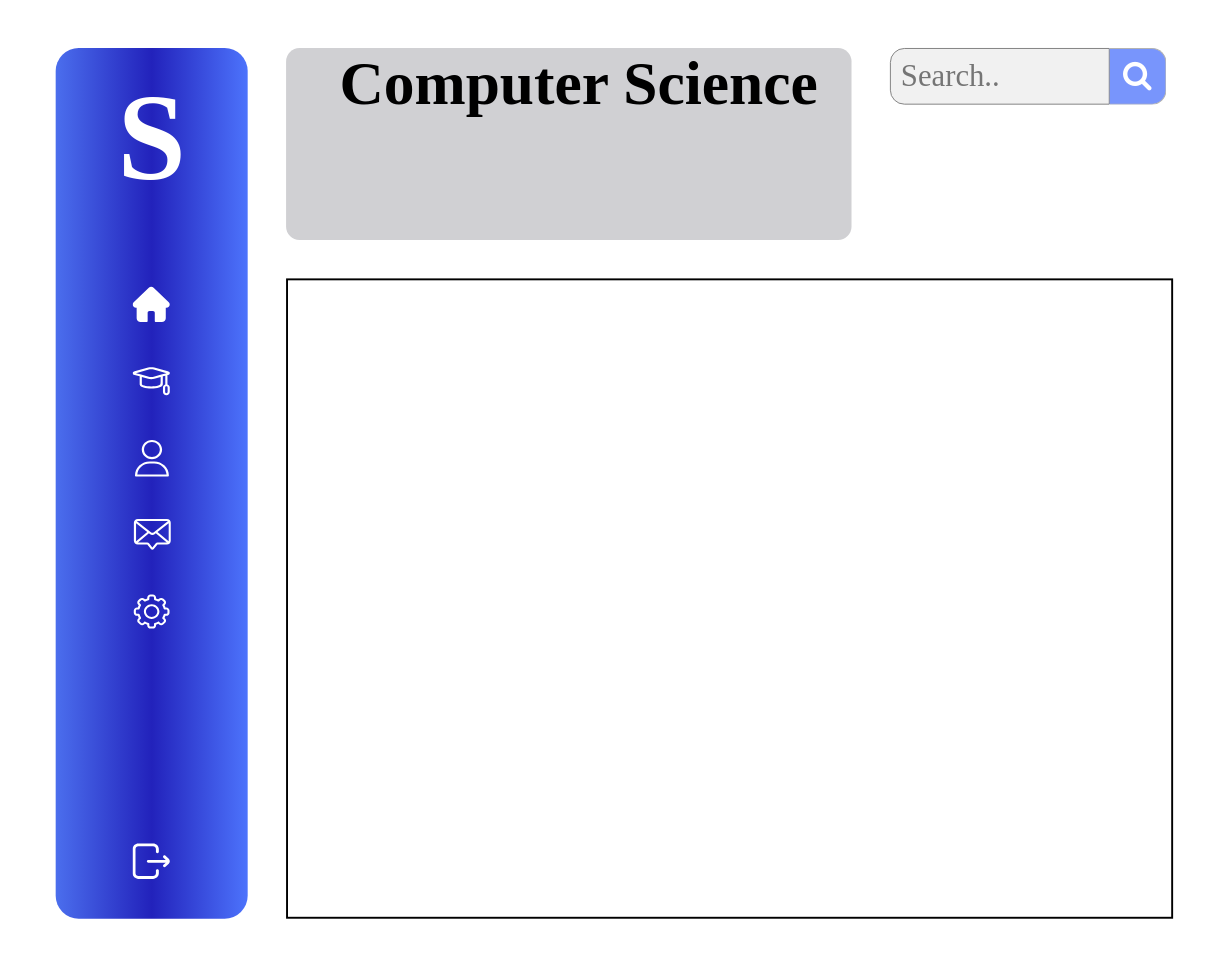
Repository: rafalzacher1/smartify-interface
Page: topics.html
An editor plug-in stored every save of this project. The page is shown before and after the next save, followed by the edit.
The browser window is 1280 px wide. The pictures show the whole page, at 96% of full size.
Some web fonts or font styles are not loaded; a fallback is used.

Above is the page before, as saved 2022-06-30 17:29:43.

### topics.html
<!DOCTYPE html>
<html lang="en">

<head>
    <link rel="stylesheet" href="./styles/home.css">
    <link rel="stylesheet" href="./styles/navigation.css">
    <link rel="stylesheet" href="./styles/search.css">
    <link rel="stylesheet" href="./styles/topics.css">
    <link rel="stylesheet" href="./styles/topic-header.css">
    <link rel="stylesheet" href="https://cdnjs.cloudflare.com/ajax/libs/font-awesome/4.7.0/css/font-awesome.min.css">
    <link href='https://fonts.googleapis.com/css?family=Baloo Bhai' rel='stylesheet'>
</head>

<body>
    <div id="main-container">
        <div id="navigation-container">
            <h1>S</h1>

            <nav id="navigation-options">
                <svg width="27" height="25" viewBox="0 0 27 25" fill="none" xmlns="http://www.w3.org/2000/svg">
                    <path
                        d="M25.5018 10.9867C25.5012 10.9862 25.5006 10.9856 25.5 10.985L14.8668 0.890976C14.4135 0.460518 13.8109 0.223389 13.17 0.223389C12.529 0.223389 11.9264 0.460329 11.473 0.890787L0.845318 10.9797C0.841738 10.9831 0.838158 10.9867 0.834579 10.9901C-0.0961545 11.8788 -0.0945635 13.3206 0.839153 14.207C1.26574 14.6122 1.82915 14.8469 2.43154 14.8714C2.456 14.8737 2.48066 14.8748 2.50552 14.8748H2.92932V22.3034C2.92932 23.7734 4.1892 24.9694 5.73803 24.9694H9.89809C10.3197 24.9694 10.6618 24.6449 10.6618 24.2444V18.4204C10.6618 17.7496 11.2365 17.204 11.9431 17.204H14.3968C15.1034 17.204 15.6782 17.7496 15.6782 18.4204V24.2444C15.6782 24.6449 16.02 24.9694 16.4419 24.9694H20.6019C22.1508 24.9694 23.4106 23.7734 23.4106 22.3034V14.8748H23.8036C24.4444 14.8748 25.047 14.6379 25.5006 14.2074C26.4353 13.3195 26.4357 11.8752 25.5018 10.9867V10.9867Z"
                        fill="white" />
                </svg>

                <svg width="29" height="22" viewBox="0 0 29 22" fill="none" xmlns="http://www.w3.org/2000/svg">
                    <path
                        d="M26.4228 13.5237V6.40629L26.734 6.31764C27.9305 5.97676 28.1816 5.39965 28.1816 4.97552C28.1816 4.55139 27.9304 3.97428 26.734 3.63356L16.4958 0.717713C15.8653 0.538127 15.0388 0.43924 14.1689 0.43924C13.299 0.43924 12.4726 0.538127 11.8419 0.717713L1.60382 3.63356C0.407257 3.97428 0.156067 4.55139 0.156067 4.97557C0.156067 5.3997 0.407202 5.97686 1.60376 6.31769L5.43281 7.4082V13.2841C5.43281 14.0138 5.93239 15.0416 8.31243 15.7947C9.88887 16.2936 11.9687 16.5683 14.1688 16.5683C16.3689 16.5683 18.4487 16.2936 20.0252 15.7947C22.4053 15.0415 22.9049 14.0138 22.9049 13.2841V7.40825L24.7806 6.87402V13.5237C23.7595 13.8501 23.0217 14.767 23.0217 15.8451V19.1846C23.0217 20.5351 24.179 21.6338 25.6017 21.6338C27.0242 21.6338 28.1816 20.5351 28.1816 19.1846V15.8451C28.1817 14.767 27.4439 13.8501 26.4228 13.5237ZM12.3137 2.21089C12.7886 2.07563 13.4647 1.9981 14.1689 1.9981C14.873 1.9981 15.5492 2.07563 16.024 2.21084L25.7315 4.97557L21.8438 6.08282C21.8416 6.08349 21.8394 6.08406 21.8372 6.08474L16.024 7.74036C15.5493 7.87556 14.8731 7.95309 14.169 7.95309C13.4649 7.95309 12.7886 7.87556 12.3138 7.74036L6.50073 6.08474C6.49849 6.08406 6.4963 6.08349 6.49405 6.08282L2.60639 4.97557L12.3137 2.21089ZM21.2629 11.2372C21.2629 13.3846 20.9647 13.8541 19.506 14.3157C18.0926 14.763 16.1971 15.0093 14.1689 15.0093C12.1406 15.0093 10.2452 14.763 8.83178 14.3157C7.37313 13.8541 7.07493 13.3845 7.07493 13.2841V7.87582L11.842 9.23348C12.4726 9.41307 13.299 9.51196 14.1689 9.51196C15.0388 9.51196 15.8652 9.41307 16.4959 9.23348L21.2629 7.87582V11.2372ZM26.5395 19.1845C26.5395 19.6754 26.1188 20.0748 25.6017 20.0748C25.0846 20.0748 24.6639 19.6755 24.6639 19.1845V15.845C24.6639 15.3541 25.0846 14.9546 25.6017 14.9546C26.1189 14.9546 26.5395 15.3541 26.5395 15.845V19.1845Z"
                        fill="white" />
                </svg>

                <svg width="24" height="26" viewBox="0 0 24 26" fill="none" xmlns="http://www.w3.org/2000/svg">
                    <path
                        d="M12.1698 0.827911C8.37379 0.827911 5.28546 3.75975 5.28546 7.36343C5.28546 10.9671 8.37379 13.899 12.1698 13.899C15.9659 13.899 19.0542 10.9671 19.0542 7.36343C19.0542 3.75975 15.9659 0.827911 12.1698 0.827911ZM12.1698 12.4466C9.21735 12.4466 6.81532 10.1663 6.81532 7.36343C6.81532 4.56057 9.21735 2.28025 12.1698 2.28025C15.1223 2.28025 17.5243 4.56057 17.5243 7.36343C17.5243 10.1663 15.1223 12.4466 12.1698 12.4466Z"
                        fill="white" />
                    <path
                        d="M20.7353 18.1686C18.8505 16.3518 16.3519 15.3513 13.6997 15.3513H10.64C7.98784 15.3513 5.48917 16.3518 3.60439 18.1686C1.72883 19.9765 0.695923 22.3628 0.695923 24.8883C0.695923 25.2894 1.03841 25.6145 1.46085 25.6145H22.8789C23.3013 25.6145 23.6438 25.2894 23.6438 24.8883C23.6438 22.3628 22.6109 19.9765 20.7353 18.1686ZM2.25944 24.1621C2.64267 20.043 6.25497 16.8036 10.64 16.8036H13.6997C18.0848 16.8036 21.6971 20.043 22.0803 24.1621H2.25944Z"
                        fill="white" />
                </svg>


                <svg width="27" height="23" viewBox="0 0 27 23" fill="none" xmlns="http://www.w3.org/2000/svg">
                    <path
                        d="M24.1913 0.381134H3.77551C2.23533 0.381134 0.9823 1.57067 0.9823 3.0328V15.7608C0.9823 17.223 2.23533 18.4125 3.77551 18.4125H10.353C10.4332 18.4125 10.5096 18.4491 10.5573 18.5105L12.957 21.5991C13.1975 21.9087 13.5678 22.0872 13.9729 22.089H13.979C14.3819 22.089 14.7514 21.9139 14.9937 21.608L17.4479 18.5087C17.4956 18.4484 17.5715 18.4124 17.6509 18.4124H24.1913C25.7315 18.4124 26.9845 17.2229 26.9845 15.7608V3.03276C26.9845 1.57063 25.7315 0.381134 24.1913 0.381134ZM25.4609 15.7608C25.4609 15.8747 25.4439 15.9848 25.4127 16.0892L17.5863 9.57636L25.4609 3.37251V15.7608ZM24.1913 1.8275C24.4235 1.8275 24.6413 1.88728 24.8287 1.99108L14.7964 9.8948C14.3265 10.265 13.6446 10.265 13.1747 9.8948L3.14064 1.98969C3.32753 1.88675 3.54433 1.8275 3.77551 1.8275H24.1913ZM2.55416 16.0892C2.52293 15.9848 2.50587 15.8747 2.50587 15.7608V3.36913L10.3826 9.57457L2.55416 16.0892ZM16.2301 17.6396L13.9808 20.4801L11.7834 17.6519C11.4498 17.2225 10.915 16.9661 10.3529 16.9661H3.81172L11.5698 10.5099L12.2017 11.0078C12.7186 11.415 13.3519 11.6185 13.9855 11.6185C14.6189 11.6185 15.2525 11.4148 15.7693 11.0078L16.399 10.5117L24.155 16.9661H17.6509C17.0952 16.9661 16.5641 17.2178 16.2301 17.6396Z"
                        fill="white" />
                </svg>

                <svg width="28" height="25" viewBox="0 0 28 25" fill="none" xmlns="http://www.w3.org/2000/svg">
                    <path
                        d="M14.8013 24.9227H13.1654C11.8422 24.9227 10.7657 23.9008 10.7657 22.6447V22.1193C10.2032 21.9486 9.65665 21.7333 9.13159 21.4753L8.73937 21.8477C7.7894 22.7506 6.2677 22.7241 5.34533 21.8473L4.18907 20.7497C3.26507 19.8735 3.23849 18.4294 4.18937 17.5277L4.58129 17.1556C4.30958 16.6571 4.08276 16.1384 3.90299 15.6043H3.34958C2.02648 15.6043 0.949951 14.5823 0.949951 13.3262V11.7731C0.949951 10.517 2.02648 9.4951 3.34963 9.4951H3.90304C4.08281 8.96103 4.30963 8.44223 4.58134 7.94378L4.18912 7.57148C3.2388 6.67028 3.26502 5.22602 4.18942 4.34942L5.34579 3.2517C6.2703 2.37283 7.79164 2.35089 8.73978 3.25199L9.13165 3.624C9.6567 3.3661 10.2032 3.15073 10.7658 2.98007V2.4547C10.7658 1.1986 11.8422 0.176666 13.1654 0.176666H14.8014C16.1245 0.176666 17.201 1.1986 17.201 2.4547V2.98012C17.7636 3.15073 18.3101 3.3661 18.8351 3.62405L19.2274 3.2517C20.1773 2.34876 21.699 2.37525 22.6214 3.25204L23.7777 4.34966C24.7017 5.22587 24.7283 6.66999 23.7774 7.57172L23.3854 7.94378C23.6572 8.44223 23.884 8.96098 24.0637 9.4951H24.6172C25.9403 9.4951 27.0168 10.517 27.0168 11.7731V13.3262C27.0168 14.5823 25.9403 15.6043 24.6172 15.6043H24.0637C23.884 16.1383 23.6572 16.6571 23.3854 17.1556L23.7777 17.5279C24.728 18.4291 24.7018 19.8734 23.7774 20.75L22.621 21.8477C21.6965 22.7266 20.1751 22.7485 19.227 21.8474L18.8351 21.4754C18.3101 21.7333 17.7636 21.9487 17.201 22.1193V22.6448C17.201 23.9008 16.1245 24.9227 14.8013 24.9227V24.9227ZM9.38692 19.9527C10.1163 20.3622 10.9014 20.6716 11.7203 20.8722C12.0575 20.9548 12.2931 21.2436 12.2931 21.5742V22.6447C12.2931 23.1013 12.6845 23.4727 13.1654 23.4727H14.8014C15.2824 23.4727 15.6737 23.1013 15.6737 22.6447V21.5742C15.6737 21.2436 15.9093 20.9548 16.2466 20.8722C17.0655 20.6716 17.8505 20.3622 18.5799 19.9527C18.8801 19.7842 19.2621 19.8301 19.5087 20.0641L20.3074 20.8224C20.6518 21.1497 21.2048 21.1421 21.5407 20.8227L22.6978 19.7243C23.0329 19.4066 23.0441 18.8815 22.6981 18.5535L21.899 17.7949C21.6525 17.5609 21.6042 17.1981 21.7817 16.9133C22.213 16.2208 22.5389 15.4756 22.7502 14.6981C22.8373 14.378 23.1414 14.1544 23.4897 14.1544H24.6172C25.0982 14.1544 25.4895 13.7829 25.4895 13.3263V11.7732C25.4895 11.3166 25.0982 10.9451 24.6172 10.9451H23.4897C23.1414 10.9451 22.8373 10.7214 22.7502 10.4013C22.5389 9.6239 22.213 8.87862 21.7817 8.18622C21.6042 7.90135 21.6525 7.53857 21.899 7.30454L22.6978 6.54626C23.0431 6.21886 23.0341 5.69397 22.6981 5.37541L21.5411 4.27707C21.2058 3.95827 20.6527 3.94894 20.3078 4.27678L19.5088 5.03535C19.2622 5.26942 18.88 5.31524 18.58 5.14675C17.8506 4.73724 17.0655 4.42786 16.2466 4.22724C15.9094 4.14464 15.6738 3.8559 15.6738 3.52526V2.4547C15.6738 1.99811 15.2824 1.62663 14.8014 1.62663H13.1655C12.6845 1.62663 12.2932 1.99811 12.2932 2.4547V3.52516C12.2932 3.8558 12.0576 4.14454 11.7203 4.22714C10.9014 4.42777 10.1164 4.73714 9.38697 5.14666C9.08679 5.3151 8.7047 5.26928 8.45818 5.03525L7.65948 4.27697C7.31511 3.94966 6.76205 3.95725 6.42619 4.27663L5.26911 5.37503C4.93401 5.69276 4.92281 6.21779 5.26881 6.54587L6.06787 7.30445C6.31438 7.53847 6.36265 7.90125 6.18522 8.18612C5.75385 8.87852 5.42801 9.62381 5.21667 10.4012C5.12961 10.7214 4.82547 10.945 4.47723 10.945H3.34963C2.86867 10.9451 2.47731 11.3165 2.47731 11.7731V13.3262C2.47731 13.7828 2.86867 14.1543 3.34963 14.1543H4.47718C4.82547 14.1543 5.12956 14.378 5.21662 14.6981C5.42796 15.4755 5.75385 16.2208 6.18517 16.9132C6.3626 17.1981 6.31433 17.5609 6.06782 17.7949L5.26906 18.5532C4.92378 18.8806 4.93279 19.4055 5.26876 19.724L6.42573 20.8224C6.76109 21.1412 7.31419 21.1505 7.65907 20.8226L8.45808 20.0641C8.63974 19.8917 9.01765 19.7454 9.38692 19.9527V19.9527Z"
                        fill="white" />
                    <path
                        d="M13.9834 17.9339C10.856 17.9339 8.31177 15.5185 8.31177 12.5497C8.31177 9.58082 10.856 7.16547 13.9834 7.16547C17.1107 7.16547 19.6549 9.58082 19.6549 12.5497C19.6549 15.5185 17.1107 17.9339 13.9834 17.9339ZM13.9834 8.61543C11.6982 8.61543 9.83912 10.3803 9.83912 12.5497C9.83912 14.719 11.6982 16.4839 13.9834 16.4839C16.2685 16.4839 18.1276 14.719 18.1276 12.5497C18.1276 10.3803 16.2685 8.61543 13.9834 8.61543Z"
                        fill="white" />
                </svg>


                <svg id="logout" width="27" height="26" viewBox="0 0 27 26" fill="none"
                    xmlns="http://www.w3.org/2000/svg">
                    <path
                        d="M18.5379 19.6672V21.6084C18.5379 23.7492 16.7034 25.4907 14.4484 25.4907H4.1734C1.91837 25.4907 0.0838623 23.7492 0.0838623 21.6084V4.52618C0.0838623 2.38541 1.91837 0.64386 4.1734 0.64386H14.4484C16.7034 0.64386 18.5379 2.38541 18.5379 4.52618V6.46734C18.5379 7.00343 18.0802 7.43792 17.5155 7.43792C16.9508 7.43792 16.4932 7.00343 16.4932 6.46734V4.52618C16.4932 3.45589 15.5758 2.58502 14.4484 2.58502H4.1734C3.04598 2.58502 2.12863 3.45589 2.12863 4.52618V21.6084C2.12863 22.6787 3.04598 23.5495 4.1734 23.5495H14.4484C15.5758 23.5495 16.4932 22.6787 16.4932 21.6084V19.6672C16.4932 19.1311 16.9508 18.6966 17.5155 18.6966C18.0802 18.6966 18.5379 19.1311 18.5379 19.6672ZM25.5083 11.4L23.2189 9.22667C22.8196 8.84753 22.1722 8.84753 21.773 9.22667C21.3736 9.60561 21.3736 10.2202 21.773 10.5991L23.4014 12.1452H11.1256C10.5609 12.1452 10.1032 12.5797 10.1032 13.1158C10.1032 13.6519 10.5609 14.0864 11.1256 14.0864H23.4014L21.773 15.6325C21.3736 16.0114 21.3736 16.626 21.773 17.005C21.9727 17.1945 22.2343 17.2893 22.4959 17.2893C22.7577 17.2893 23.0192 17.1945 23.2189 17.005L25.5083 14.8316C26.5049 13.8854 26.5049 12.3462 25.5083 11.4Z"
                        fill="white" />
                </svg>
            </nav>
        </div>

        <div id="search-container">
            <form class="example" action="/action_page.php" style="margin:auto;max-width:300px">
                <input type="text" placeholder="Search.." name="search2">
                <button type="submit"><i class="fa fa-search"></i></button>
            </form>
        </div>

        <div id="topic-header-container">
            <h1>Computer Science</h1>
        </div>

        <div id="topics-container">

        </div>
    </div>
</body>

<script src="./scripts/activeLinks.js">
</script>

</html>

### styles/home.css
#main-container {
    display: grid;
    grid-template-columns: 2fr 8fr 4fr;
    grid-template-rows: 200px 200px 200px;
    gap: 40px;
    margin: 50px;
}

### styles/navigation.css
#navigation-container {
  font-family: "Baloo Bhai";
  font-size: 26px;
  background: rgb(32, 80, 251);
  background: linear-gradient(
    90deg,
    rgba(30, 74, 233, 0.8) 0%,
    rgba(10, 10, 180, 0.9) 50%,
    rgba(32, 80, 251, 0.8) 100%
  );
  border-radius: 24px;
  width: 200px;
  height: 100%;
  text-align: center;
  display: inline-block;
  grid-column: 1;
  grid-row: 1 / 5;
}

#navigation-container h1 {
  font-family: "Baloo Bhai";
  font-size: 128px;
  color: #ffffff;
  margin: 0;
  padding-top: 20px;
  padding-bottom: 60px;
}

#navigation-options svg {
  margin-left: auto;
  margin-right: auto;
  display: block;
  padding: 20px;
  height: 40px;
  width: 40px;
}

#navigation-options svg:hover {
  opacity: 0.4;
}

#logout {
  margin-top: 180px;
  margin-bottom: 20px;
}

### styles/search.css
#search-container {
  grid-column: 3;
  grid-row: 1;
}

#search-container h2 {
  font-family: "Baloo Bhai";
  font-size: 16px;
}

form.example input[type="text"] {
  padding: 10px;
  font-size: 17px;
  border: 1px solid grey;
  float: left;
  width: 70%;
  background: #f1f1f1;
  border-radius: 15px 0 0 15px;
  font-family: "Baloo Bhai";
  font-size: 32px;
}

form.example button {
  float: left;
  width: 20%;
  padding: 10px;
  background: #2050fb;
  opacity: 0.6;
  color: white;
  font-size: 17px;
  border: 1px solid grey;
  border-left: none;
  cursor: pointer;
  border-radius: 0 15px 15px 0;
  font-family: "Baloo Bhai";
  font-size: 32px;
  box-sizing: border-box;
}

form.example button:hover {
  opacity: 1;
}

form.example::after {
  content: "";
  clear: both;
  display: table;
}

### styles/topics.css
#topics-container {
  grid-column: 2 / 4;
  grid-row: 2 / 5;
  border: solid 2px black;
}

### styles/topic-header.css
#topic-header-container {
  grid-column: 2;
  grid-row: 1;
  background-color: #d0d0d3;
  border-radius: 14px;
}

#topic-header-container h1 {
  font-family: "Baloo Bhai";
  font-size: 64px;
  margin: auto 0;
  padding-left: 20px;
  text-align: center;
}

### scripts/activeLinks.js
function showLearningHoursGraph() {
    document.getElementById("learning-hours-option").style.opacity = 1;
    document.getElementById("tests-option").style.opacity = 0.4;

    document.getElementById("learning-hours").style.display = "block";
    document.getElementById("tests").style.display = "none";
}

function showTestsGraph() {
    document.getElementById("learning-hours-option").style.opacity = 0.4;
    document.getElementById("tests-option").style.opacity = 1;

    document.getElementById("learning-hours").style.display = "none";
    document.getElementById("tests").style.display = "block";
}

function showSubjectTests() {
    document.getElementById("subject-option").style.opacity=1;

    document.getElementById("newest-option").style.opacity=0.4;
    document.getElementById("favourites-option").style.opacity=0.4;
    document.getElementById("highest-marks-option").style.opacity=0.4;
}

function showNewstTests() {
    document.getElementById("newest-option").style.opacity=1;

    document.getElementById("subject-option").style.opacity=0.4;
    document.getElementById("favourites-option").style.opacity=0.4;
    document.getElementById("highest-marks-option").style.opacity=0.4;
}

function showFavorites() {
    document.getElementById("favourites-option").style.opacity=1;

    document.getElementById("newest-option").style.opacity=0.4;
    document.getElementById("subject-option").style.opacity=0.4;
    document.getElementById("highest-marks-option").style.opacity=0.4;
}

function showHighestMarks() {
    document.getElementById("highest-marks-option").style.opacity=1;

    document.getElementById("newest-option").style.opacity=0.4;
    document.getElementById("favourites-option").style.opacity=0.4;
    document.getElementById("subject-option").style.opacity=0.4;
}

After the next save:
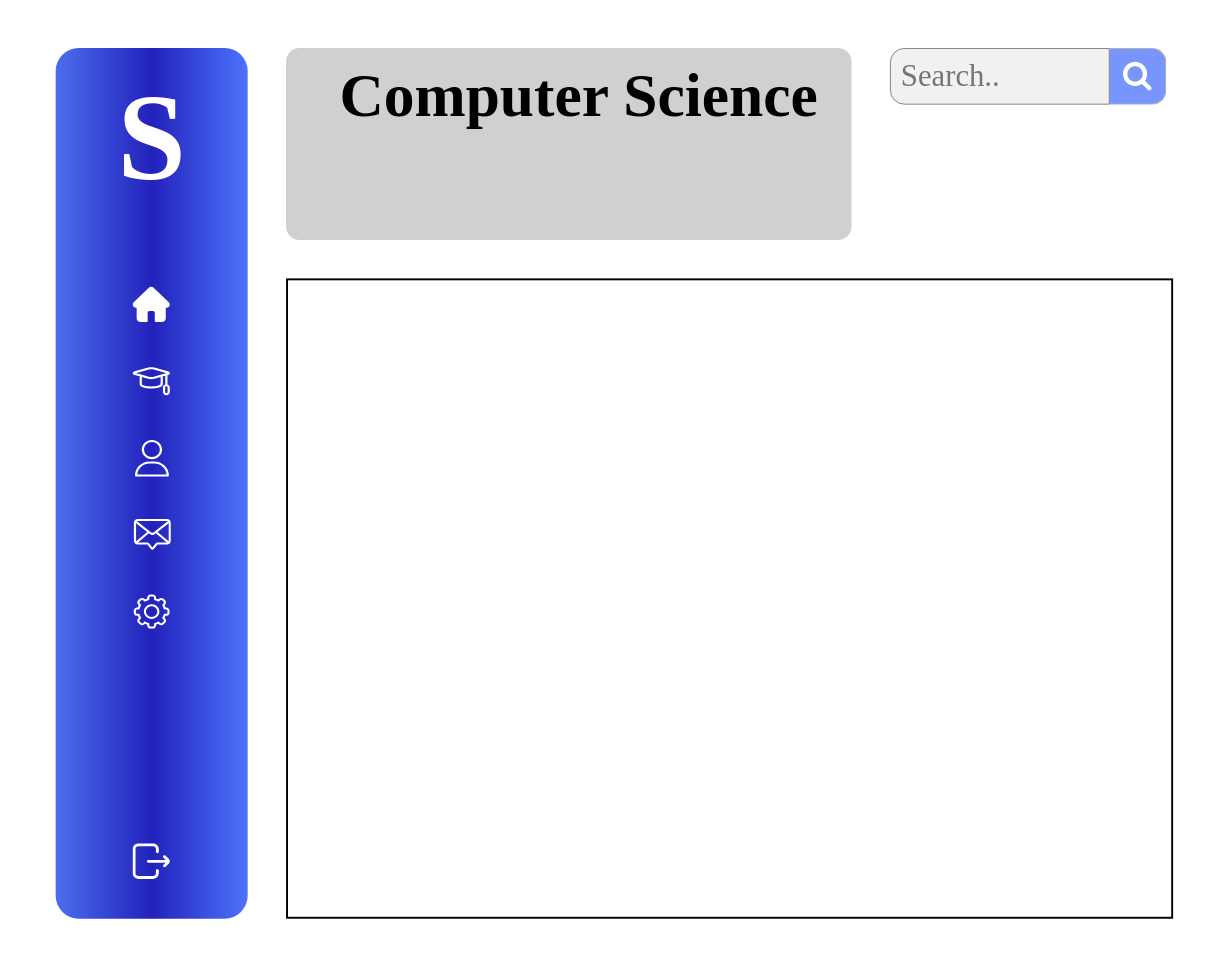
Saved 59 s later.
--- a/styles/topic-header.css
+++ b/styles/topic-header.css
@@ -3,6 +3,7 @@
   grid-row: 1;
   background-color: #d0d0d3;
   border-radius: 14px;
+  line-height: 100px;
 }
 
 #topic-header-container h1 {

After the 4 saves that followed:
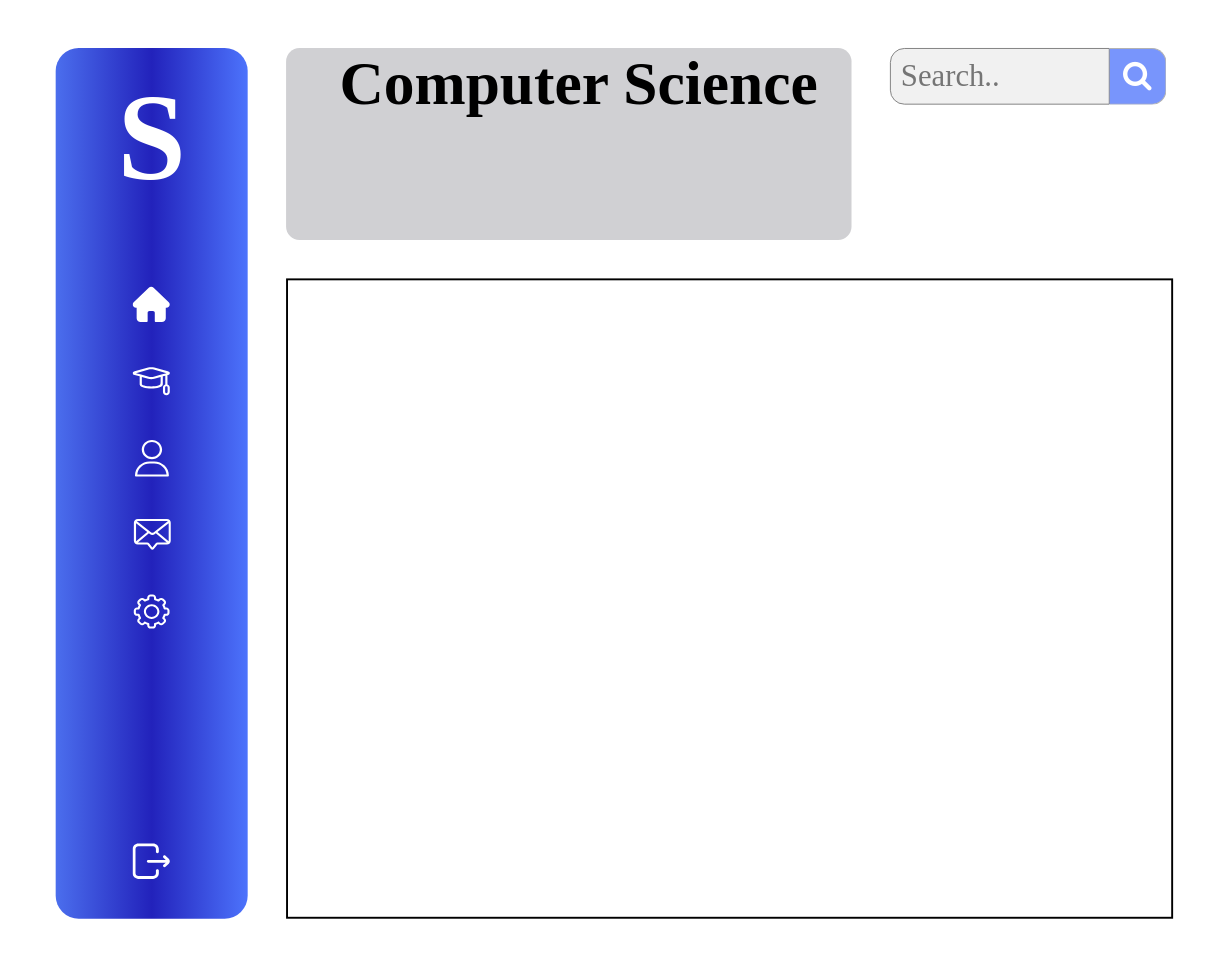
The 4 saves are shown as one change because 2 left the picture as it was and some came seconds apart.
The last was saved 62 s later.
--- a/styles/topic-header.css
+++ b/styles/topic-header.css
@@ -3,7 +3,6 @@
   grid-row: 1;
   background-color: #d0d0d3;
   border-radius: 14px;
-  line-height: 100px;
 }
 
 #topic-header-container h1 {
